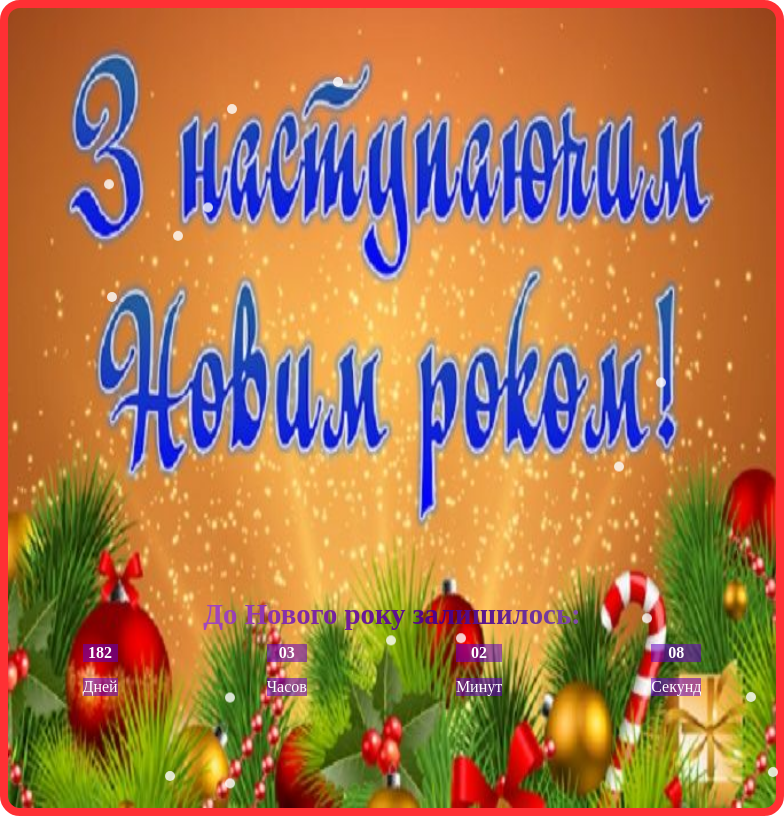
Repository: KonstantinKhamilov/JavaScript11-new-year
Page: index.html
These files come from the project's save history. The page is drawn as it stood at one moment and after the next save; the edit follows.
The browser window is 768 px wide. The page is 784 px wide, so the pictures cover 784 px, including what lies to the right of the window. The pictures show the whole page.

Above is the page before, as saved 2024-12-29 21:00:10.

After the next save:
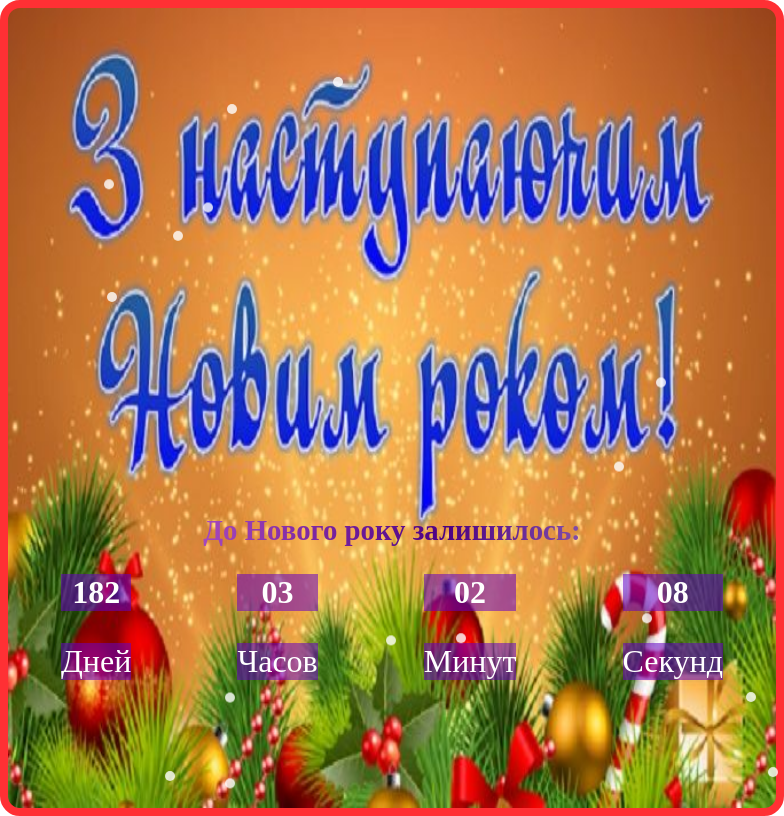
Saved 10 min 19 s later.
--- a/newYear.css
+++ b/newYear.css
@@ -84,7 +84,7 @@ body {
     background-size: 400%; /* Увеличиваем размер фона для анимации */
     -webkit-background-clip: text; /* Обрезаем фон по тексту */
     -webkit-text-fill-color: transparent; /* Делаем цвет текста прозрачным */
-    animation: rainbow 5s linear infinite;
+    animation: rainbow 3s linear infinite;
   }
 
   .time {
@@ -110,3 +110,16 @@ body {
     text-align: center;
   }
 }
+
+@media screen and (min-width: 426px) and (max-width: 768px) {
+  .timer > p,
+  .timer > #day,
+  .timer > #hrs,
+  .timer > #min,
+  .timer > #sec {
+    font-size: 2em;
+  }
+  h2 {
+    font-size: 2em;
+  }
+}
